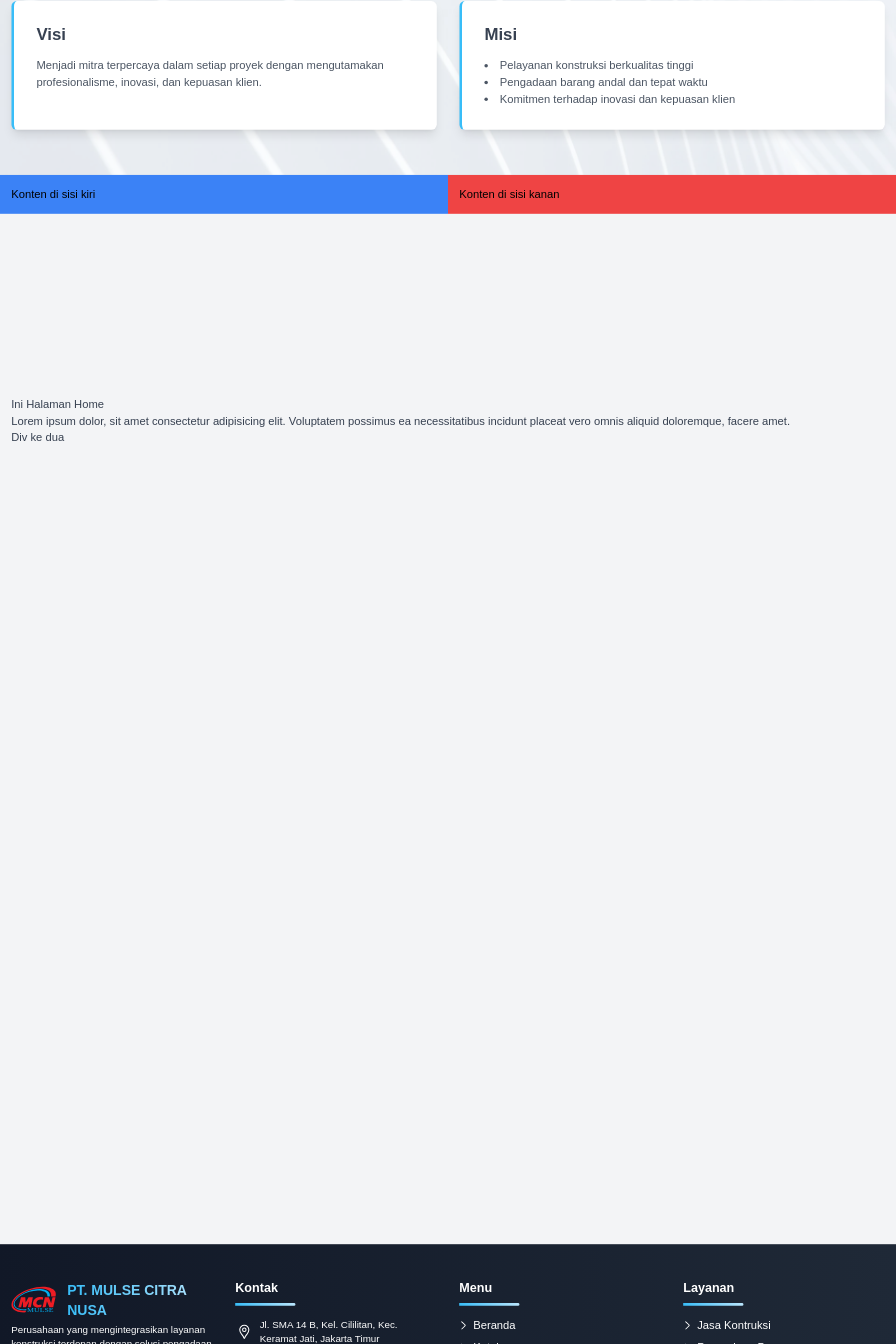
Repository: PrasBaldin/next-mulse
Page: /
The author's editor kept a copy of each file at every save. The page is drawn from the files as they stood at one save, then again after the next save.
The browser window is 1280 px wide. The pictures show the part of the page from y = 1718 to 3638 px (the page is 3893 px tall before and 3949 px after), at 70% of full size.
The project was rebuilt for these pictures with package versions that can differ from the ones it lists, and the page was loaded fresh each time. The framework's server and built-in components were replaced by stand-ins that run in the browser. Also part of the build but not shown: next.config.ts.

Above is the page before, as saved 2025-02-23 04:23:23.

### app/layout.tsx
import type { Metadata } from "next";
import { Geist, Geist_Mono } from "next/font/google";
import "./globals.css";
import Navbar from "@/components/navbar";
import Footer from "@/components/footer";

const geistSans = Geist({
  variable: "--font-geist-sans",
  subsets: ["latin"],
});

const geistMono = Geist_Mono({
  variable: "--font-geist-mono",
  subsets: ["latin"],
});

export const metadata: Metadata = {
  title: "Mulse",
  description: "Selamat datang di PT. Mulse Citra Nusa, kami menyediakan barang dan jasa sesuai kebutuhan Anda.",
};

export default function RootLayout({
  children,
}: Readonly<{
  children: React.ReactNode;
}>) {
  return (
    <html lang="en">
      <body className={`${geistSans.variable} ${geistMono.variable} antialiased`} >
        <Navbar />
        {children}
        <Footer />
      </body>
    </html>
  );
}

### app/page.tsx
import Hero from "@/components/hero";
import AboutPage from "./about/page";
import ServicesPage from "./services/page";

const IndexPage = () => (
  <>
    <Hero />
    <AboutPage />
    <ServicesPage />
    <section className="bg-gray-100 dark:bg-gray-700 text-gray-700 dark:text-gray-100 transition duration-500 ease-in-out py-5">
      <div className="container">
        <div className="py-[15rem]">
          <h1>Ini Halaman Home</h1>
          <p>Lorem ipsum dolor, sit amet consectetur adipisicing elit. Voluptatem possimus ea necessitatibus incidunt placeat vero omnis aliquid doloremque, facere amet.</p>
          <div className="pb-[15rem]">
            <p>Div ke dua</p>
          </div>
          <div className="py-[20rem]"></div>
        </div>
      </div>
    </section>
  </>
);

export default IndexPage

### app/globals.css
@tailwind base;
@tailwind components;
@tailwind utilities;

:root {
  --background: #ffffff;
  --foreground: #171717;
}

@media (prefers-color-scheme: dark) {
  :root {
    --background: #0a0a0a;
    --foreground: #ededed;
  }
}

body {
  font-family: Arial, Helvetica, sans-serif;
  @apply bg-gray-100 dark:bg-gray-700
}

.container {
  @apply mx-auto px-4
}

.btn {
  @apply p-2 rounded-lg hover:bg-gray-200 dark:hover:bg-gray-600 transition duration-500 ease-in-out
}

### app/services/page.tsx
const ServicesPage = () => {
    return (
        <>
            <section class="w-full flex">
                <div class="w-1/2 bg-blue-500">
                    <div class="container mx-auto p-4">
                        <p>Konten di sisi kiri</p>
                    </div>
                </div>
                <div class="w-1/2 bg-red-500">
                    <div class="container mx-auto p-4">
                        <p>Konten di sisi kanan</p>
                    </div>
                </div>
            </section>

            {/*<section className="Services container">
                <div className="flex flex-col lg:flex-row items-center">
                    <div className="w-full lg:w-1/2 py-16 bg-gradient-to-b from-sky-200 to-sky-500 dark:bg-gray-900 text-gray-700 dark:text-gray-100 transition duration-500 ease-in-out">
                        <div className="container">
                            <div className="Services-left">
                                <span>content</span>
                            </div>
                        </div>
                    </div>
                    <div className="w-full lg:w-1/2 py-16 bg-gradient-to-b from-gray-700 to-gray-900 dark:bg-gray-900 text-gray-700 dark:text-gray-100 transition duration-500 ease-in-out">
                        <div className="container">
                            <div className="Services-right">
                                <span>content right</span>
                            </div>
                        </div>
                    </div>
                </div>
                </section>*/}
        </>
    );
};

export default ServicesPage;

// <section className="py-16 bg-gray-50 dark:bg-gray-900">
//     <div className="container mx-auto px-4">
//         <h1 className="text-4xl font-bold text-center text-gray-800 dark:text-white mb-12 relative inline-block">
//             Layanan Kami
//             <span className="absolute -bottom-2 left-1/2 transform -translate-x-1/2 w-24 h-1 bg-blue-500"></span>
//         </h1>
//         <div className="grid grid-cols-1 md:grid-cols-2 lg:grid-cols-3 gap-8">
//             {/* Card Layanan 1 */}
//             <div className="bg-white dark:bg-gray-800 rounded-lg shadow-lg p-6 border-t-4 border-blue-500 hover:shadow-2xl transition duration-300">
//                 <div className="mb-4 flex justify-center">
//                     <img src="/img/service1.svg" alt="Konstruksi Bangunan" className="w-12 h-12" />
//                 </div>
//                 <h3 className="text-xl font-semibold text-gray-800 dark:text-white mb-2 text-center">
//                     Konstruksi Bangunan
//                 </h3>
//                 <p className="text-gray-600 dark:text-gray-300 text-center">
//                     Menyediakan solusi konstruksi bangunan yang inovatif dan berkualitas tinggi untuk berbagai proyek.
//                 </p>
//             </div>
//             {/* Card Layanan 2 */}
//             <div className="bg-white dark:bg-gray-800 rounded-lg shadow-lg p-6 border-t-4 border-blue-500 hover:shadow-2xl transition duration-300">
//                 <div className="mb-4 flex justify-center">
//                     <img src="/img/service2.svg" alt="Pengadaan Material" className="w-12 h-12" />
//                 </div>
//                 <h3 className="text-xl font-semibold text-gray-800 dark:text-white mb-2 text-center">
//                     Pengadaan Material
//                 </h3>
//                 <p className="text-gray-600 dark:text-gray-300 text-center">
//                     Pengadaan material berkualitas dengan proses cepat dan efisien untuk mendukung setiap proyek konstruksi.
//                 </p>
//             </div>
//             {/* Card Layanan 3 */}
//             <div className="bg-white dark:bg-gray-800 rounded-lg shadow-lg p-6 border-t-4 border-blue-500 hover:shadow-2xl transition duration-300">
//                 <div className="mb-4 flex justify-center">
//                     <img src="/img/service3.svg" alt="Desain Arsitektur" className="w-12 h-12" />
//                 </div>
//                 <h3 className="text-xl font-semibold text-gray-800 dark:text-white mb-2 text-center">
//                     Desain Arsitektur
//                 </h3>
//                 <p className="text-gray-600 dark:text-gray-300 text-center">
//                     Menyediakan layanan desain arsitektur kreatif dan inovatif untuk menciptakan bangunan yang unik dan fungsional.
//                 </p>
//             </div>
//             {/* Card Layanan 4 */}
//             <div className="bg-white dark:bg-gray-800 rounded-lg shadow-lg p-6 border-t-4 border-blue-500 hover:shadow-2xl transition duration-300">
//                 <div className="mb-4 flex justify-center">
//                     <img src="/img/service4.svg" alt="Renovasi &amp; Perbaikan" className="w-12 h-12" />
//                 </div>
//                 <h3 className="text-xl font-semibold text-gray-800 dark:text-white mb-2 text-center">
//                     Renovasi &amp; Perbaikan
//                 </h3>
//                 <p className="text-gray-600 dark:text-gray-300 text-center">
//                     Layanan renovasi dan perbaikan bangunan dengan pendekatan profesional dan efisien untuk meningkatkan nilai properti Anda.
//                 </p>
//             </div>
//             {/* Card Layanan 5 */}
//             <div className="bg-white dark:bg-gray-800 rounded-lg shadow-lg p-6 border-t-4 border-blue-500 hover:shadow-2xl transition duration-300">
//                 <div className="mb-4 flex justify-center">
//                     <img src="/img/service5.svg" alt="Konsultasi Proyek" className="w-12 h-12" />
//                 </div>
//                 <h3 className="text-xl font-semibold text-gray-800 dark:text-white mb-2 text-center">
//                     Konsultasi Proyek
//                 </h3>
//                 <p className="text-gray-600 dark:text-gray-300 text-center">
//                     Menawarkan konsultasi menyeluruh untuk memastikan setiap tahap proyek berjalan dengan lancar dan tepat sasaran.
//                 </p>
//             </div>
//             {/* Card Layanan 6 */}
//             <div className="bg-white dark:bg-gray-800 rounded-lg shadow-lg p-6 border-t-4 border-blue-500 hover:shadow-2xl transition duration-300">
//                 <div className="mb-4 flex justify-center">
//                     <img src="/img/service6.svg" alt="Manajemen Proyek" className="w-12 h-12" />
//                 </div>
//                 <h3 className="text-xl font-semibold text-gray-800 dark:text-white mb-2 text-center">
//                     Manajemen Proyek
//                 </h3>
//                 <p className="text-gray-600 dark:text-gray-300 text-center">
//                     Layanan manajemen proyek terintegrasi yang memastikan pengawasan dan koordinasi setiap aspek proyek secara optimal.
//                 </p>
//             </div>
//         </div>
//     </div>
// </section>

### components/footer.css
footer table tr a {
    @apply transition duration-300
}

footer table tr:hover a {
    @apply text-sky-400
}

### components/hero.css
.hero-wrap {
    @apply h-[110vh] min-h-[40rem] overflow-hidden
}

.hero-parallax {
    @apply relative h-[110vh] min-h-[40rem] w-full bg-cover bg-center bg-fixed translate-y-[-0.2px]
}

.hero-mask {
    @apply absolute inset-0 flex items-center justify-center bg-black bg-opacity-30 dark:bg-opacity-50 text-white text-3xl font-bold transition duration-500 ease-in-out
}

.benefit-section {
    @apply max-w-full md:max-w-[85rem] mx-auto md:absolute top-[100vh]
}

.benefit-card {
    @apply transition transform duration-300 ease-in-out p-6 xl:col-span-2
}

### components/heroTypewriter.tsx
"use client";
import { useEffect, useRef, useState } from "react";

interface TypewriterProps {
    text: string;
    speed?: number;
    className?: string;
    delay?: number;
}

export default function Typewriter({
    text,
    speed = 5,
    className = "",
    delay = 0,
}: TypewriterProps) {
    const [displayText, setDisplayText] = useState<string>("");
    const indexRef = useRef<number>(0);

    useEffect(() => {
        setDisplayText("");
        indexRef.current = 0;

        let animationFrameId: number;
        let lastTime: number = performance.now();

        const update = (now: number) => {
            // Hanya update jika tab aktif
            if (document.visibilityState === "hidden") {
                animationFrameId = requestAnimationFrame(update);
                return;
            }

            if (now - lastTime >= speed) {
                setDisplayText((prev) => prev + text.charAt(indexRef.current));
                indexRef.current++;
                lastTime = now;
            }

            if (indexRef.current < text.length) {
                animationFrameId = requestAnimationFrame(update);
            }
        };

        const timeoutId = setTimeout(() => {
            animationFrameId = requestAnimationFrame(update);
        }, delay);

        return () => {
            clearTimeout(timeoutId);
            cancelAnimationFrame(animationFrameId);
        };
    }, [text, speed, delay]);

    return <span className={className}>{displayText}</span>;
}

### app/_assets/icon/iconID.tsx
import React from "react";

const iconID = () => {
    return (
        <svg className="w-5 h-5 rounded-full" version="1.1" id="Layer_1" xmlns="http://www.w3.org/2000/svg" xmlnsXlink="http://www.w3.org/1999/xlink" x="0px" y="0px"
            width="150px" height="150px" viewBox="0 0 150 150" enableBackground="new 0 0 150 150" xmlSpace="preserve">
            <rect x="-1" y="-0.999" fill="#ED1C24" width="152" height="75.999" />
            <rect x="-1" y="75" fill="#FFFFFF" width="152" height="76" />
            <path opacity="0.1" d="M151,160H66c0,0,60.501-26.039,60.501-85C126.501,16.207,66-9.999,66-9.999h85V160z" />
        </svg>
    )
}

export default iconID

### components/toggleLanguage.css
.toggle-lang {
    @apply absolute top-0 bottom-0 left-0 right-0 flex items-center justify-center transition-all duration-500 transform
}

### app/_assets/icon/iconDarkmode.tsx
import React from "react";

const IconDarkmode = () => {
    return (
        <svg xmlns="http://www.w3.org/2000/svg" className="h-5 w-5 text-gray-700 dark:text-gray-100" fill="none" viewBox="0 0 24 24" stroke="currentColor">
            <path strokeLinecap="round" strokeLinejoin="round" strokeWidth={2} d="M20.354 15.354A9 9 0 018.646 3.646 9.003 9.003 0 0012 21a9.003 9.003 0 008.354-5.646z" />
        </svg>
    )
}

export default IconDarkmode

### app/_assets/icon/iconLightmode.tsx
import React from "react";

const IconLightMode = () => {
    return (
        <svg xmlns="http://www.w3.org/2000/svg" className="h-5 w-5 text-gray-100" fill="none" viewBox="0 0 24 24" stroke="currentColor">
            <path strokeLinecap="round" strokeLinejoin="round" strokeWidth="2" d="M12 3v1m0 16v1m9-9h-1M4 12H3m15.364 6.364l-.707-.707M6.343 6.343l-.707-.707m12.728 0l-.707.707M6.343 17.657l-.707.707" />
            <circle cx="12" cy="12" r="3" stroke="currentColor" strokeWidth="2" fill="none" />
        </svg>
    )
}

export default IconLightMode

### components/toggleDarkMode.css
.toggle-dark-mode {
    @apply absolute top-0 bottom-0 left-0 right-0 flex items-center justify-center transition-all duration-500 transform
}

.toggle-dark-mode-mobile {
    @apply flex items-center justify-center transition-all duration-500 transform
}

### app/_assets/icon/iconStar.tsx
import React from 'react'

const iconStar = () => {
    return (
        <svg className="w-[85px] h-[85px] fill-sky-900 dark:fill-gray-100" viewBox="0 0 24 24" fill="none" xmlns="http://www.w3.org/2000/svg">
            <path opacity="0.5" d="M22 12C22 17.5228 17.5228 22 12 22C6.47715 22 2 17.5228 2 12C2 6.47715 6.47715 2 12 2C17.5228 2 22 6.47715 22 12Z" />
            <path d="M10.4127 8.49812L10.5766 8.20419C11.2099 7.06807 11.5266 6.5 12 6.5C12.4734 6.5 12.7901 7.06806 13.4234 8.20419L13.5873 8.49813C13.7672 8.82097 13.8572 8.98239 13.9975 9.0889C14.1378 9.19541 14.3126 9.23495 14.6621 9.31402L14.9802 9.38601C16.2101 9.66428 16.825 9.80341 16.9713 10.2739C17.1176 10.7443 16.6984 11.2345 15.86 12.215L15.643 12.4686C15.4048 12.7472 15.2857 12.8865 15.2321 13.0589C15.1785 13.2312 15.1965 13.4171 15.2325 13.7888L15.2653 14.1272C15.3921 15.4353 15.4554 16.0894 15.0724 16.3801C14.6894 16.6709 14.1137 16.4058 12.9622 15.8756L12.6643 15.7384C12.337 15.5878 12.1734 15.5124 12 15.5124C11.8266 15.5124 11.663 15.5878 11.3357 15.7384L11.0378 15.8756C9.88633 16.4058 9.31059 16.6709 8.92757 16.3801C8.54456 16.0894 8.60794 15.4353 8.7347 14.1272L8.76749 13.7888C8.80351 13.4171 8.82152 13.2312 8.76793 13.0589C8.71434 12.8865 8.59521 12.7472 8.35696 12.4686L8.14005 12.215C7.30162 11.2345 6.88241 10.7443 7.02871 10.2739C7.17501 9.80341 7.78994 9.66427 9.01977 9.38601L9.33794 9.31402C9.68743 9.23495 9.86217 9.19541 10.0025 9.0889C10.1428 8.98239 10.2328 8.82097 10.4127 8.49812Z" />
        </svg>
    )
}

export default iconStar

### tailwind.config.ts
import type { Config } from "tailwindcss";

export default {
  darkMode: 'class',
  content: [
    "./pages/**/*.{js,ts,jsx,tsx,mdx}",
    "./components/**/*.{js,ts,jsx,tsx,mdx}",
    "./app/**/*.{js,ts,jsx,tsx,mdx}"
  ],
  theme: {
    extend: {
      width: {
        '11': '2.75rem',
      },
      height: {
        '11': '2.75rem',
      },
      colors: {
        background: "var(--background)",
        foreground: "var(--foreground)",
      },
    },
  },
  plugins: [],
} satisfies Config;

Loaded but not shown: components/footer.tsx (228 lines, source omitted); components/navbar.tsx (140 lines, source omitted); components/hero.tsx (136 lines, source omitted); app/_assets/icon/iconEN.tsx (58 lines, source omitted); app/about/page.tsx (67 lines, source omitted); app/_assets/icon/iconThumbUp.tsx (45 lines, source omitted); components/heroBenefitSection.tsx (100 lines, source omitted); components/toggleDarkMode.tsx (58 lines, source omitted); app/_assets/icon/iconTeam.tsx (31 lines, source omitted); components/toggleLanguage.tsx (56 lines, source omitted); components/navbar.css (43 lines, source omitted)

After the next save:
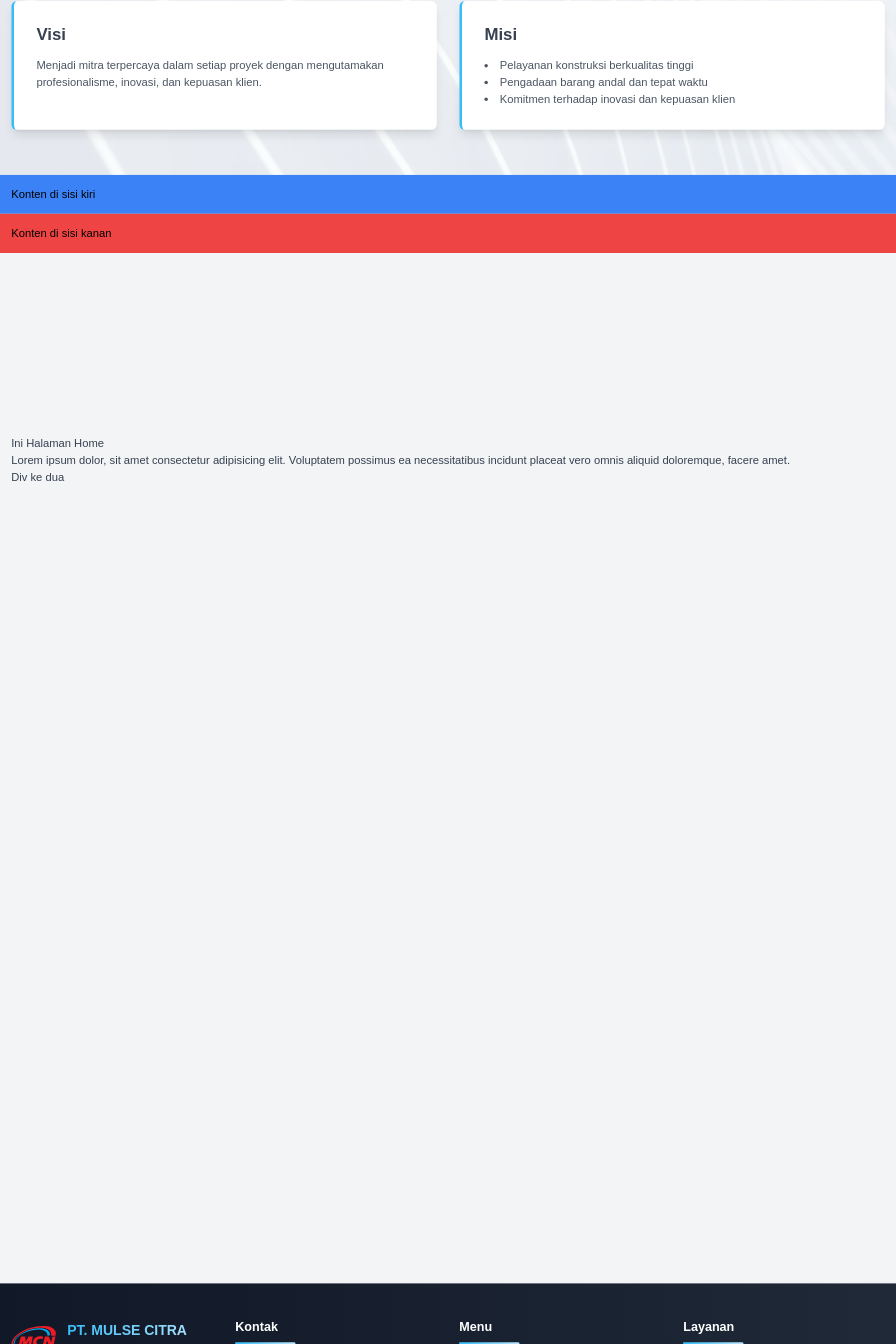
Saved 2 min 40 s later.
--- a/app/services/page.tsx
+++ b/app/services/page.tsx
@@ -1,18 +1,19 @@
 const ServicesPage = () => {
     return (
         <>
-            <section class="w-full flex">
-                <div class="w-1/2 bg-blue-500">
-                    <div class="container mx-auto p-4">
+            <section class="w-full">
+                <div class="w-full bg-blue-500">
+                    <div class="container mx-auto p-4 max-w-none">
                         <p>Konten di sisi kiri</p>
                     </div>
                 </div>
-                <div class="w-1/2 bg-red-500">
-                    <div class="container mx-auto p-4">
+                <div class="w-full bg-red-500">
+                    <div class="container mx-auto p-4 max-w-none">
                         <p>Konten di sisi kanan</p>
                     </div>
                 </div>
             </section>
+
 
             {/*<section className="Services container">
                 <div className="flex flex-col lg:flex-row items-center">

After the 2 saves that followed:
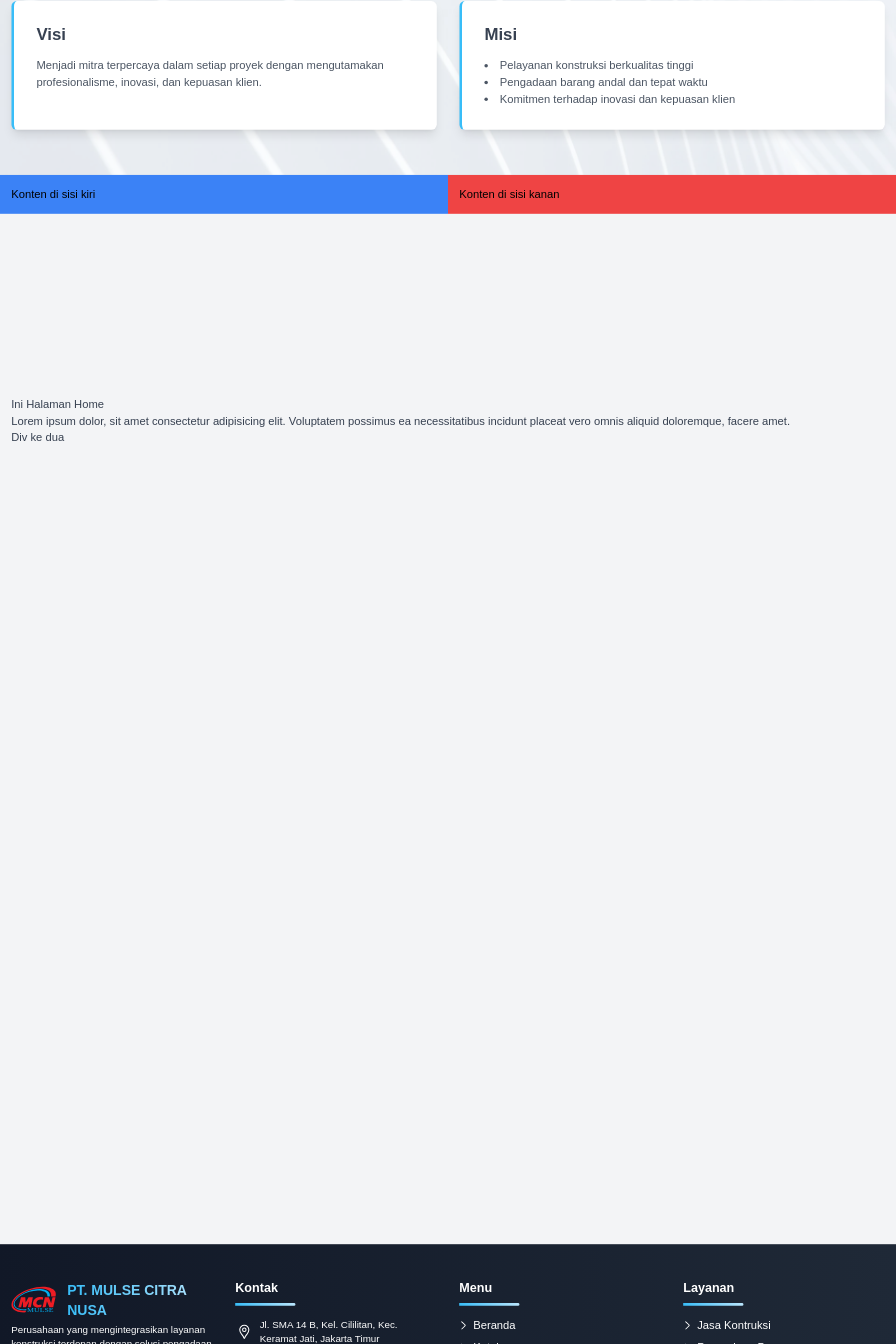
The 2 saves are shown as one change because 1 left the picture as it was.
The last was saved 16 s later.
--- a/app/services/page.tsx
+++ b/app/services/page.tsx
@@ -1,19 +1,18 @@
 const ServicesPage = () => {
     return (
         <>
-            <section class="w-full">
-                <div class="w-full bg-blue-500">
-                    <div class="container mx-auto p-4 max-w-none">
+            <section class="w-full flex">
+                <div class="w-1/2 bg-blue-500">
+                    <div class="container mx-auto p-4">
                         <p>Konten di sisi kiri</p>
                     </div>
                 </div>
-                <div class="w-full bg-red-500">
-                    <div class="container mx-auto p-4 max-w-none">
+                <div class="w-1/2 bg-red-500">
+                    <div class="container mx-auto p-4">
                         <p>Konten di sisi kanan</p>
                     </div>
                 </div>
             </section>
-
 
             {/*<section className="Services container">
                 <div className="flex flex-col lg:flex-row items-center">
